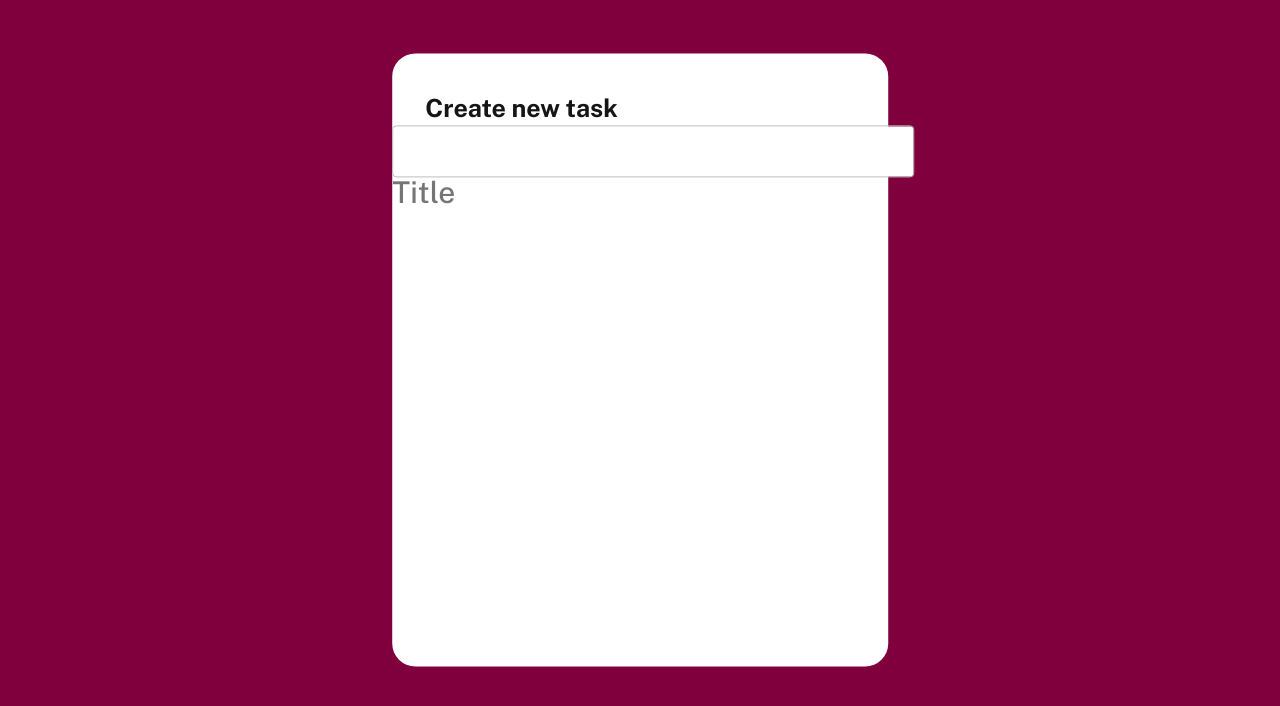
Repository: MorgunovaAlexandra/verstka-form
Page: index.html
These files come from the project's save history. The page is drawn as it stood at one moment and after the next save; the edit follows.
The browser window is 1280 px wide. The pictures show the whole page.
The style sheet was rebuilt from its Sass, Less or Tailwind sources for each picture, by a compiler version that may differ from the author's.

Above is the page before, as saved 2022-06-24 12:25:09.

### index.html
<!DOCTYPE html>
<html lang="ru">
<head>
    <meta charset="UTF-8">
    <meta http-equiv="X-UA-Compatible" content="IE=edge">
    <meta name="viewport" content="width=device-width, initial-scale=1.0">
    <link rel="stylesheet" href="./css/style.css">
    <title>Document</title>
</head>
<body>
    <div class="wrapper">
       <form class="form">
           <div class="fieldset">
            <legend><b>Create new task</b></legend>
            <div class="text-field">
                <input class="text-field__input" type="text" name="firstname" id="firstname"
                >
                <label class="text-field__label" for="username">Title</label>
              </div>
           </div>
        </form>
    </div>
</body>
</html>

### scss/style.scss
@import "variables";
@import "mixins";
@import url('https://fonts.googleapis.com/css2?family=Public+Sans:wght@500;700&display=swap');
body {
   @include vov(rgb(128, 0, 62));
   font-family:$fontFamily ;
   font-weight: $fontWaight;
   line-height: $lineHeight;
   color:$ColorGrey;
}
.form{
    width: 495.55px;
    height: 613.21px;
    background-color: white;
    border-radius: 23px;
     box-sizing: border-box;
    position: fixed; top: 50%; left: 50%;
    -webkit-transform: translate(-50%, -50%);
    -ms-transform: translate(-50%, -50%);
    transform: translate(-50%, -50%);
}
legend{
    margin-top: 40px;
    margin-left: 31px;
    font-weight: 700;
    font-size: 25px;
    color:$ColorBlack;
}

.text-field__input{
    display: block;
      width: 100%;
      height: calc(2.25rem + 2px);
      padding: 0.375rem 0.75rem;
      font-family: inherit;
      font-size: 1rem;
      font-weight: 400;
      line-height: 1.5;
      color: #212529;
      background-color: #fff;
      background-clip: padding-box;
      border: 1px solid #bdbdbd;
      border-radius: 0.25rem;
      transition: border-color 0.15s ease-in-out, box-shadow 0.15s ease-in-out;
    }
.text-field__label{
    display: block;
}

### scss/variables.scss
$bgColor: green;
$fontFamily:'Public Sans', sans-serif;
$fontWaight:500;
$lineHeight:31.86px;
$ColorBlack:#151515;
$ColorGrey:#757575;

### scss/mixins.scss
@mixin vov($color) {
    font-size: 30px;
    background-color:$color ;
}

After the next save:
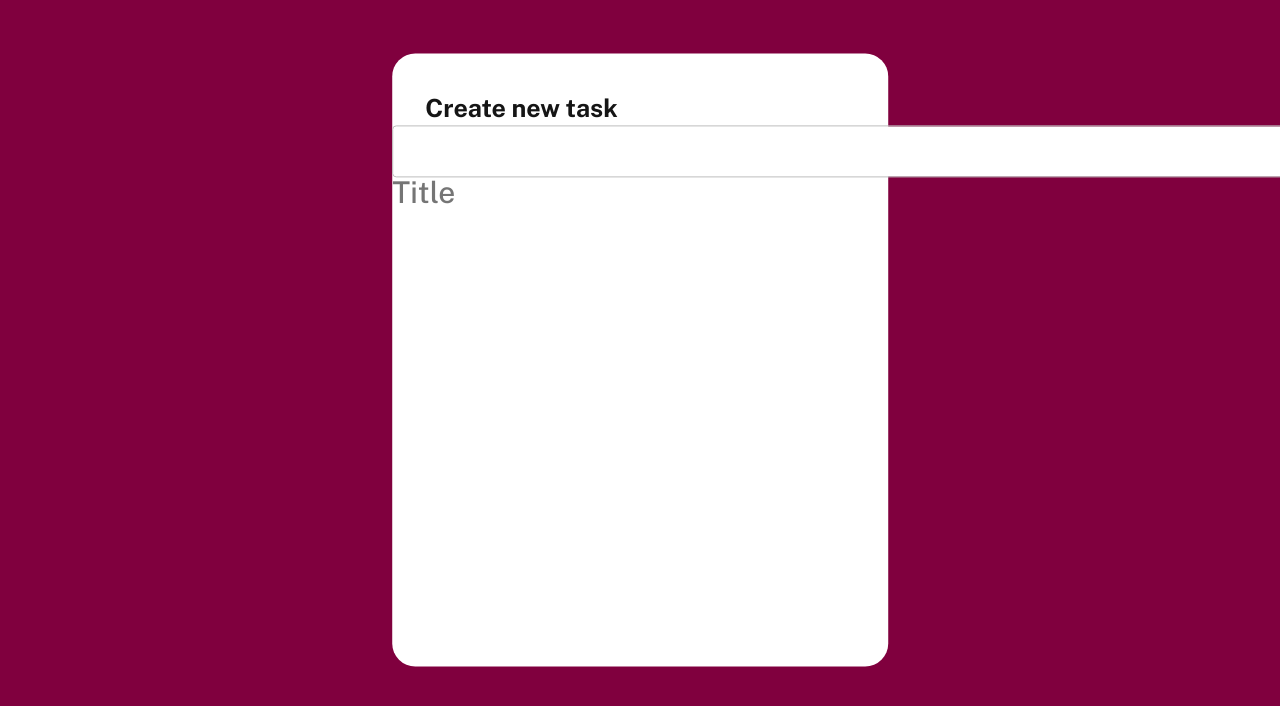
Saved 23 s later.
--- a/scss/style.scss
+++ b/scss/style.scss
@@ -29,7 +29,7 @@ legend{
 
 .text-field__input{
     display: block;
-      width: 100%;
+      width: 900%;
       height: calc(2.25rem + 2px);
       padding: 0.375rem 0.75rem;
       font-family: inherit;
